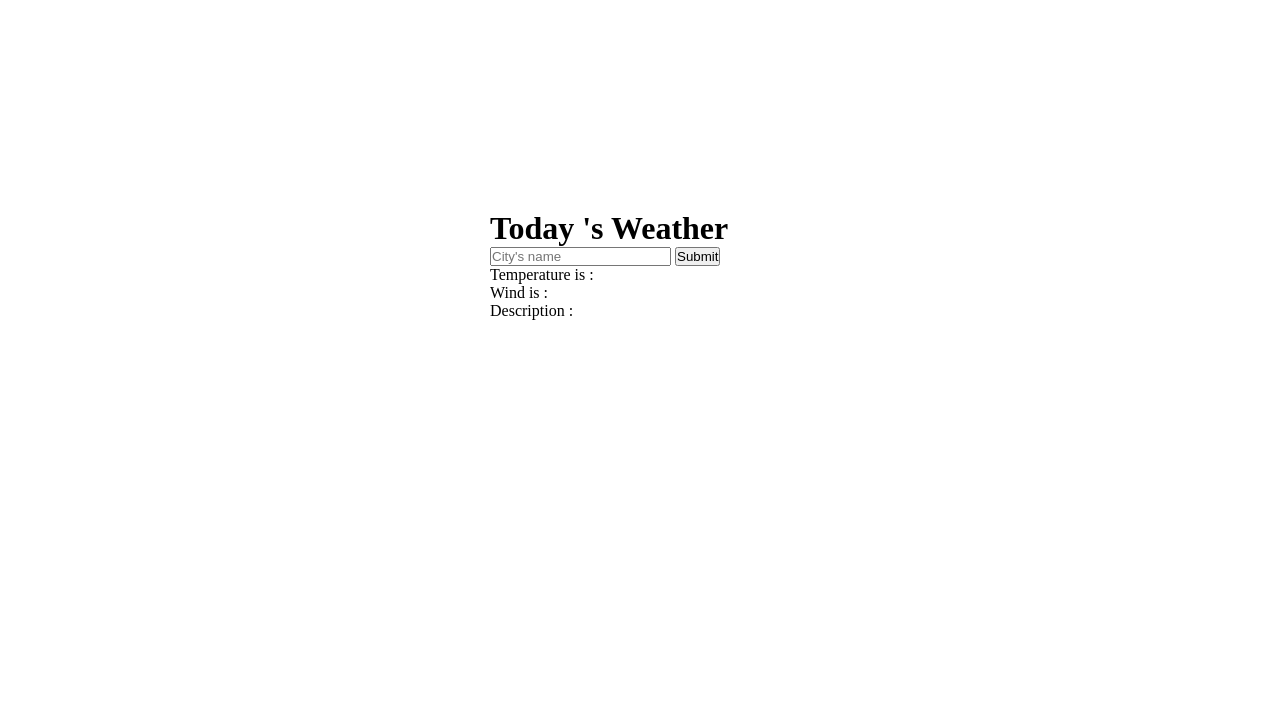
Repository: heartbreathing/searchWeather
Page: index.html
The author's editor kept a copy of each file at every save. The page is drawn from the files as they stood at one save, then again after the next save.
The browser window is 1280 px wide. The pictures show the whole page.

Above is the page before, as saved 2022-11-06 22:29:21.

After the next save:
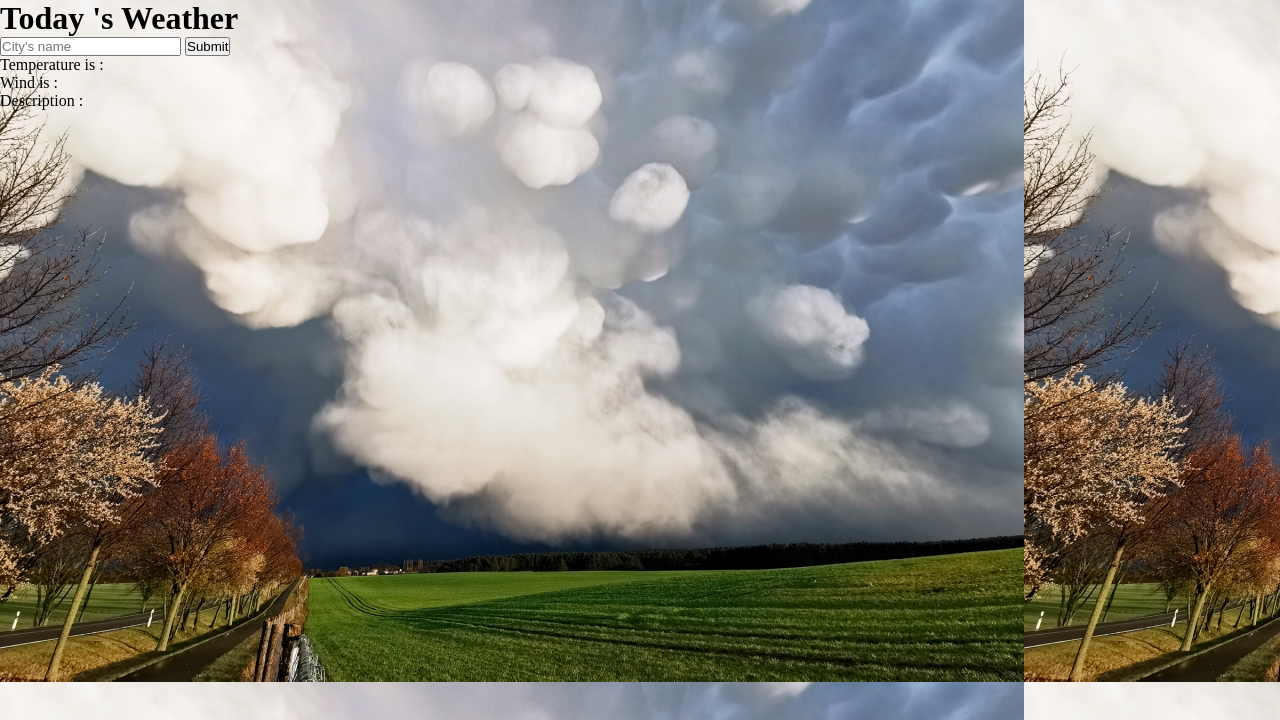
Saved 6 s later.
--- a/index.css
+++ b/index.css
@@ -4,9 +4,9 @@
     box-sizing: border-box ;
 }
 body {
-    /* background-image: url(./image/background_image.jpg) ; */
+    background-image: url(./image/background_image.jpg) ; */
     /* font-family: 'Lucida Sans', 'Lucida Sans Regular', 'Lucida Grande', 'Lucida Sans Unicode', Geneva, Verdana, sans-serif ;
-    color: brown; */
+    color: brown;
 }
 .content {
     position: absolute;
